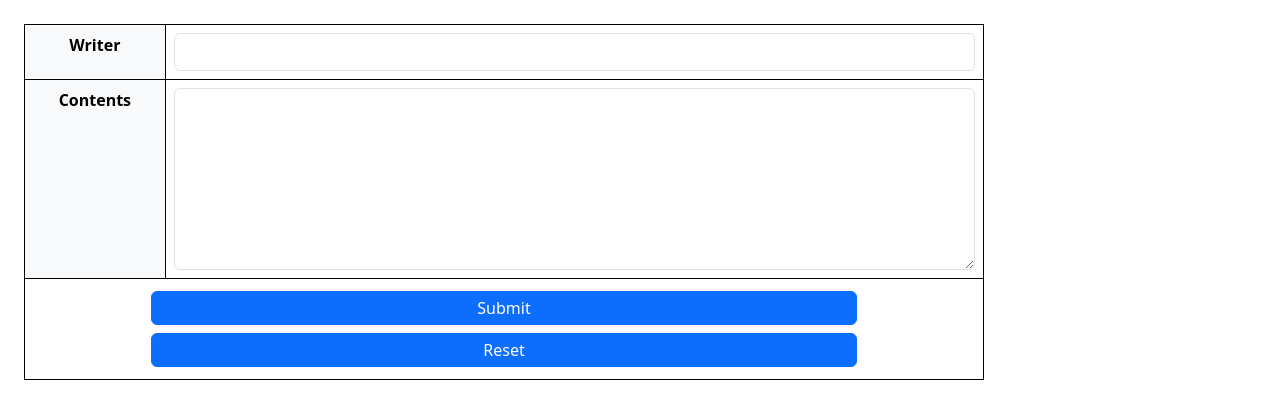
Repository: tomaters/servlets-JSP
Page: jsptest/src/main/webapp/bbs/write2.html
An editor plug-in stored every save of this project. The page is shown before and after the next save, followed by the edit.
The browser window is 1280 px wide. The pictures show the whole page.

Above is the page before, as saved 2023-11-29 06:32:26.

### jsptest/src/main/webapp/bbs/write2.html
<!DOCTYPE html>
<html>
<head>
<meta charset="UTF-8">
<title>Insert title here</title>
 <!-- import Bootstrap -->
    <link href="https://cdn.jsdelivr.net/npm/bootstrap@5.3.2/dist/css/bootstrap.min.css" rel="stylesheet">
    <script src="https://cdn.jsdelivr.net/npm/bootstrap@5.3.2/dist/js/bootstrap.bundle.min.js"></script>
</head>
<body>
<form method="post" action="/jsptest/visit">
      <table align="center" class="table text-center table-bordered table-hover p-2 m-4 w-75" style="border-color:black">
        <tr class="w-100 bg-dark">
            <th class="text-center bg-light">Writer</th>
        		<td>
        			<input type="text" name="writer" class="form-control">
        		</td>
        	</tr>
        <tr>
        	<th class="text-center bg-light">Contents</th>
        	<td>
          		<textarea rows="7" cols="50" name="memo" class="form-control"></textarea>
         	</td>
        </tr>
        <tr>
         <td colspan="2" align="center">
           <input type="submit" class="btn btn-primary w-75 p-1 m-1" value="Submit">
           <input type="reset" class="btn btn-primary w-75 p-1 m-1" value="Reset">
         </td>
         </tr>
    </table>
    </form>
</body>
</html>

After the next save:
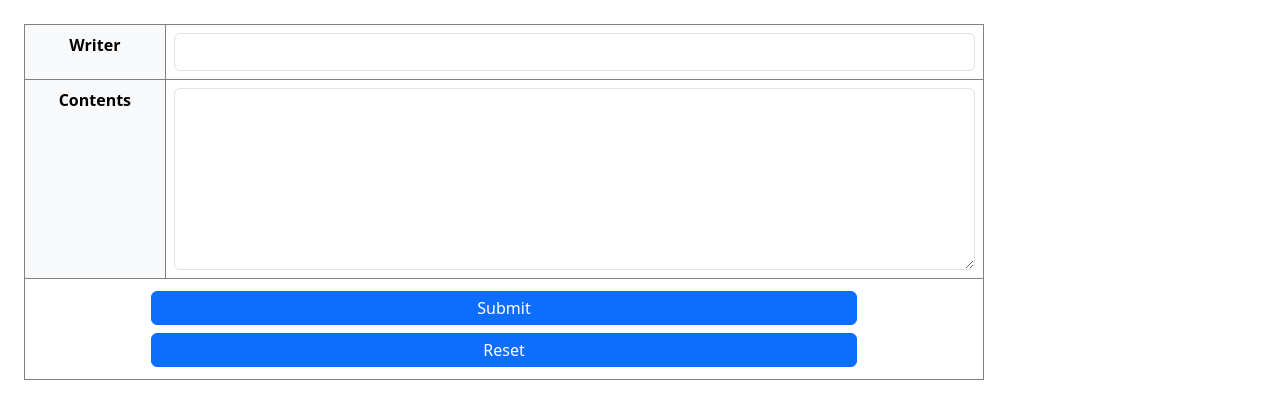
Saved 36 s later.
--- a/jsptest/src/main/webapp/bbs/write2.html
+++ b/jsptest/src/main/webapp/bbs/write2.html
@@ -9,7 +9,7 @@
 </head>
 <body>
 <form method="post" action="/jsptest/visit">
-      <table align="center" class="table text-center table-bordered table-hover p-2 m-4 w-75" style="border-color:black">
+      <table align="center" class="table text-center table-bordered table-hover p-2 m-4 w-75" style="border:gray; border-radius: 10px;">
         <tr class="w-100 bg-dark">
             <th class="text-center bg-light">Writer</th>
         		<td>
